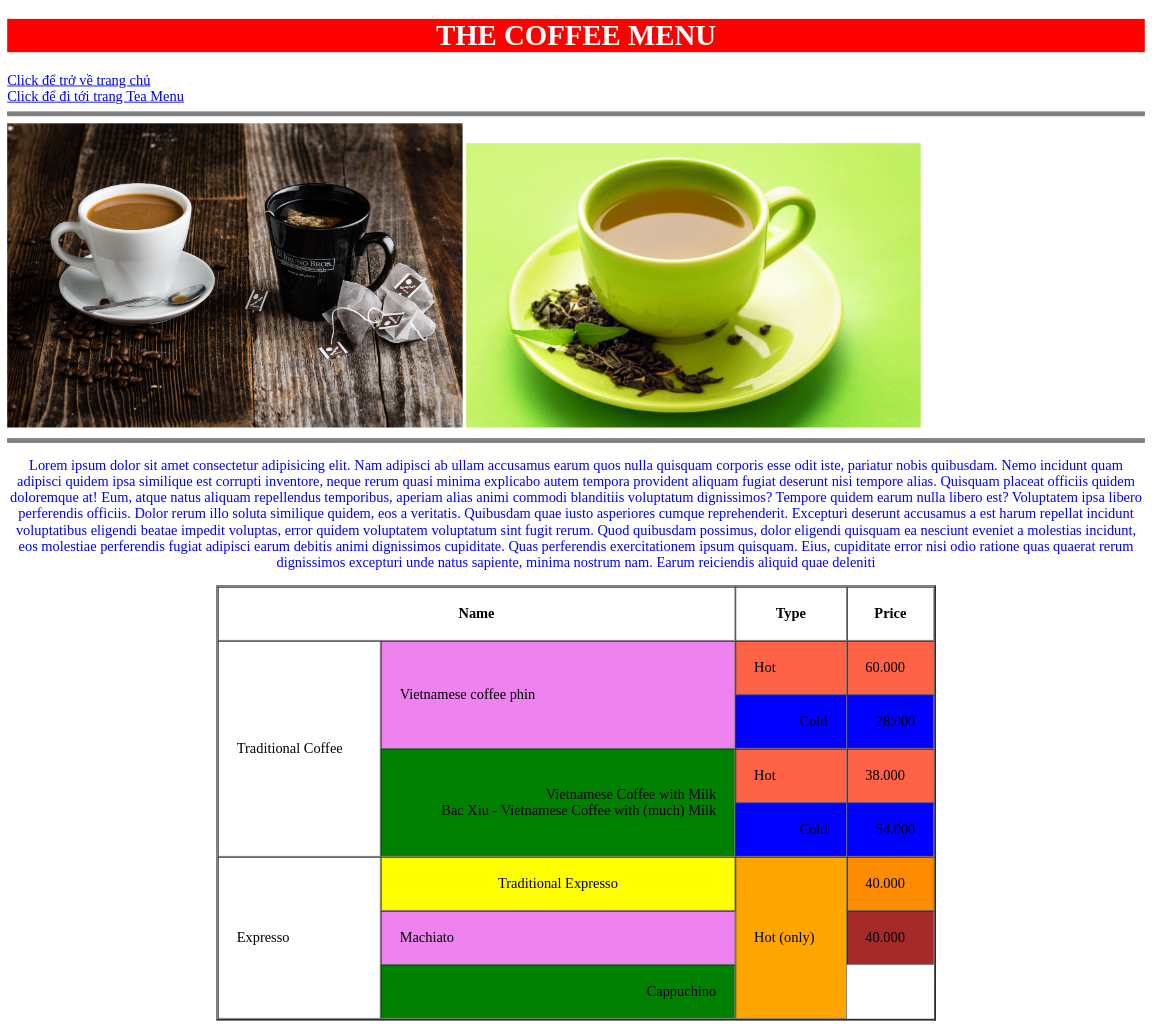
Repository: giahuy405/HomeWork_Coffee
Page: coffee.html
The author's editor kept a copy of each file at every save. The page is drawn from the files as they stood at one save, then again after the next save.
The browser window is 1280 px wide. The pictures show the whole page, at 90% of full size.

Above is the page before, as saved 2022-09-07 12:21:21.

After the next save:
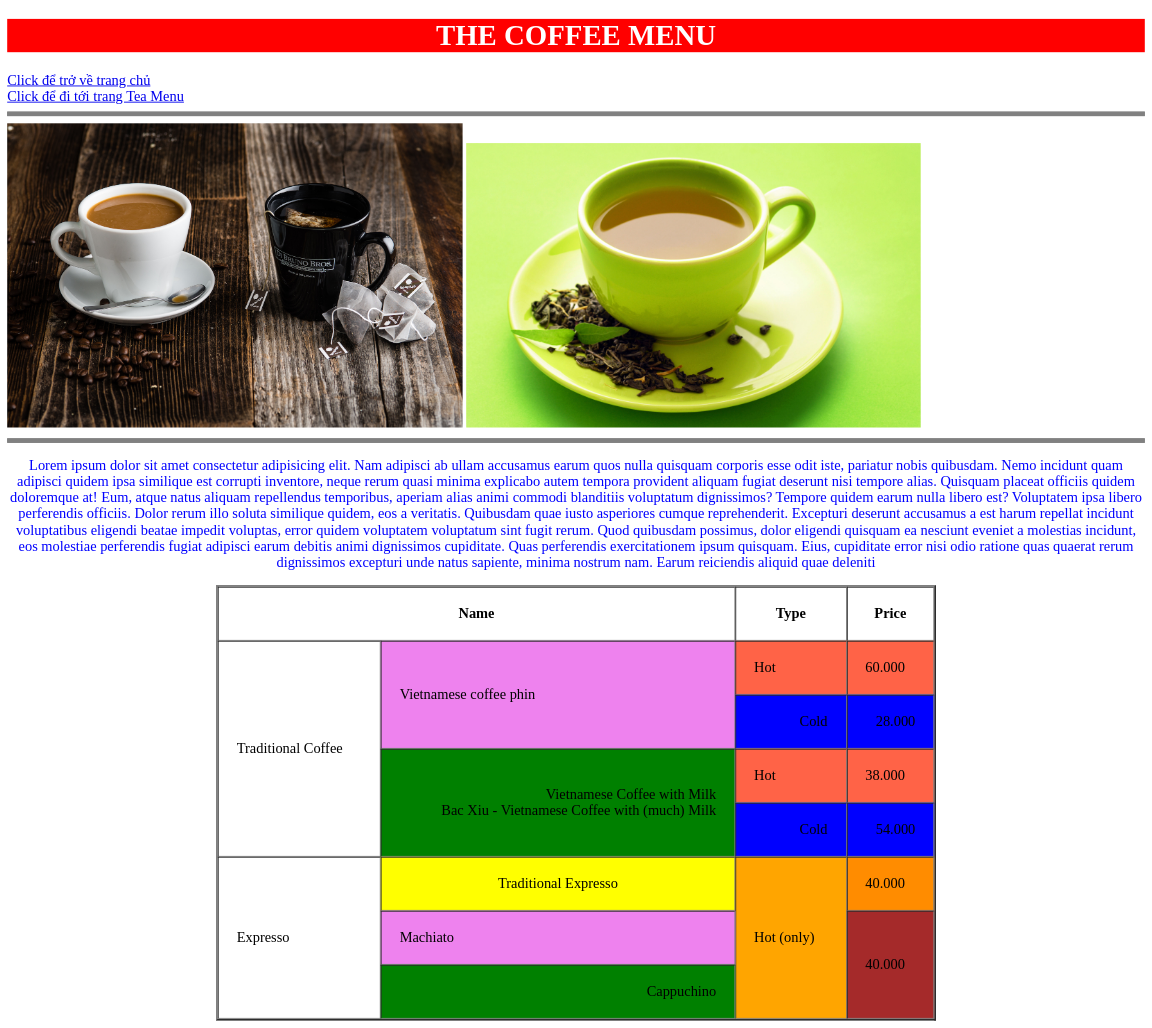
Saved 7 s later.
--- a/coffee.html
+++ b/coffee.html
@@ -51,7 +51,7 @@
         </tr>
         <tr>
             <td style="background-color: rgb(238, 130, 238);">Machiato</td>
-            <td style="background-color: brown">40.000</td>
+            <td rowspan="2" style="background-color: brown">40.000</td>
         </tr>
         <tr>
             <td style="text-align: right;background-color:green">Cappuchino</td>
